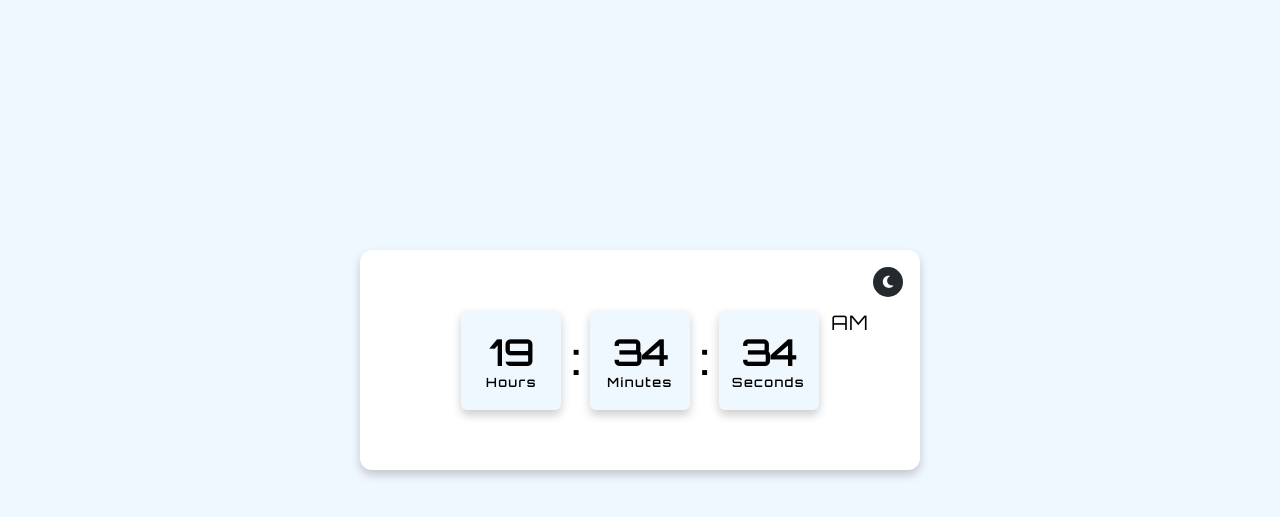
Repository: HueVu99/ComPonents
Page: Dynamic Digital Clock/index.html
An editor plug-in stored every save of this project. The page is shown before and after the next save, followed by the edit.
The browser window is 1280 px wide. The pictures show the whole page.
Some web libraries are served in a nearby version.

Above is the page before, as saved 2022-07-08 20:03:53.

### Dynamic Digital Clock/index.html
<!DOCTYPE html>
<html lang="en">
<head>
    <meta charset="UTF-8">
    <meta http-equiv="X-UA-Compatible" content="IE=edge">
    <meta name="viewport" content="width=device-width, initial-scale=1.0">
    <title>Document</title>
    <link rel="stylesheet" href="style.css">
    <link rel="stylesheet" href="https://cdnjs.cloudflare.com/ajax/libs/font-awesome/6.1.1/css/all.min.css">
</head>
<body>
    <section>
        <div class="container">
            <div class="icons">
                <i class="fas fa-moon"></i>
                <i class="fas fa-sun"></i>
            </div>
            <div class="time">
              <div class="time-colon">
                <div class="time-text">
                    <span class="num hour_num"> 08</span>
                    <span class="text">Hours</span>
                </div>
                <span class="colon">:</span>
               </div>
            <div class="time-colon">
                <div class="time-text">
                    <span class="num min_num"> 08</span>
                    <span class="text">Minutes</span>
                </div>
                <span class="colon">:</span>
            </div>
            <div class="time-colon">
                <div class="time-text">
                    <span class="num sec_num"> 06</span>
                    <span class="text">Seconds</span>
                </div>
                <span class="am_pm">AM</span>
                 </div>
            </div>
        </div>
    </section>
    <script src="main.js"></script>
</body>
</html>

### Dynamic Digital Clock/style.css
@import url('https://fonts.googleapis.com/css2?family=Orbitron&family=Poppins:wght@200&display=swap');
*{
    margin: 0;
    padding: 0;
    box-sizing:border-box;
    font-family:"Orbitron",sans-serif;
    transition:  all 0.4 ease;
}
section{
    min-height: 100vh;
    width: 100%;
    display: flex;
    align-items: center;
    justify-content: center;
    background: #F0F8FF;
}
section.dark{
    background: #24292D;
}
section .container{
    display: flex;
    align-items: center;
    justify-content: center;
    height: 220px;
    max-width: 560px;
    width: 100%;
    background: #fff;
    box-shadow: 0 5px 10px rgba(0 , 0 , 0, 0.2);
    border-radius: 12px;
    position: relative;
}
section.dark .container{
    background: #323840;
}
section .container .icons i{
    position: absolute;
    right: 17px;
    top: 17px;
    height: 30px;
    width: 30px;
    background: #24292D;
    color: #fff;
    text-align:center;
    line-height: 30px;
    border-radius: 50%;
    font-size: 14px;
    cursor: pointer;
}
section.dark .container .icons i{
    background: #fff;
    color: #323840;
}
section .container .icons i.fa-sun{
    opacity: 0;
    pointer-events: none;
}
section.dark .container .icons i.fa-sun{
    opacity: 0;
    pointer-events: auto;
    font-size: 16px;
}
section .container .time{
    display: flex;
    align-items: center;
}
.container .time .time-colon{
    display: flex;
    align-items: center;
    position: relative;
}
.time .time-colon .am_pm{
    position: absolute;
    top: 0;
    right: -50px;
    font-size: 20px;
    font-weight: 700px;
    letter-spacing: 1px;
}
section.dark .time .time-colon .am_pm{
    color: #fff;
}
.time .time-colon .time-text{
    width: 100px;
    height: 100px;
    display: flex;
    align-items: center;
    flex-direction: column;
    justify-content: center;
    background: #F0F8FF;
    border-radius: 6px;
    box-shadow: 0 5px 10px rgba(0 , 0, 0, 0.2);
}
section.dark .time .time-colon .time-text{
    background: #24292D;
}
.time .time-colon .time-text,
.time .time-colon .colon{
    font-size:35px;
    font-weight: 600;
}
section.dark .time .time-text,
section.dark .time .colon{
color:#fff
}
.time .time-colon .colon{
    font-size: 40px;
    margin: 0 10px;
}

.time .time-colon .time-text .text{
    font-size: 12px;
    font-weight: 700;
    letter-spacing: 2px;
}
section.dark.time .time-colon .text{
    color:#fff
}

### Dynamic Digital Clock/main.js
let section = document.querySelector("section");
let icons = document.querySelector(".icons");

icons.onclick =() =>{
    section.classList.toggle("dark");
}
setInterval(()=>{

   let date = new Date() ,
   hour = date.getHours();
   min = date.getMinutes();
   sec = date.getSeconds();
   console.log("~ hour", sec)
   document.querySelector(".hour_num").innerText = hour;
   document.querySelector(".min_num").innerText = min;
   document.querySelector(".sec_num").innerText = min;
},1000)

After the next save:
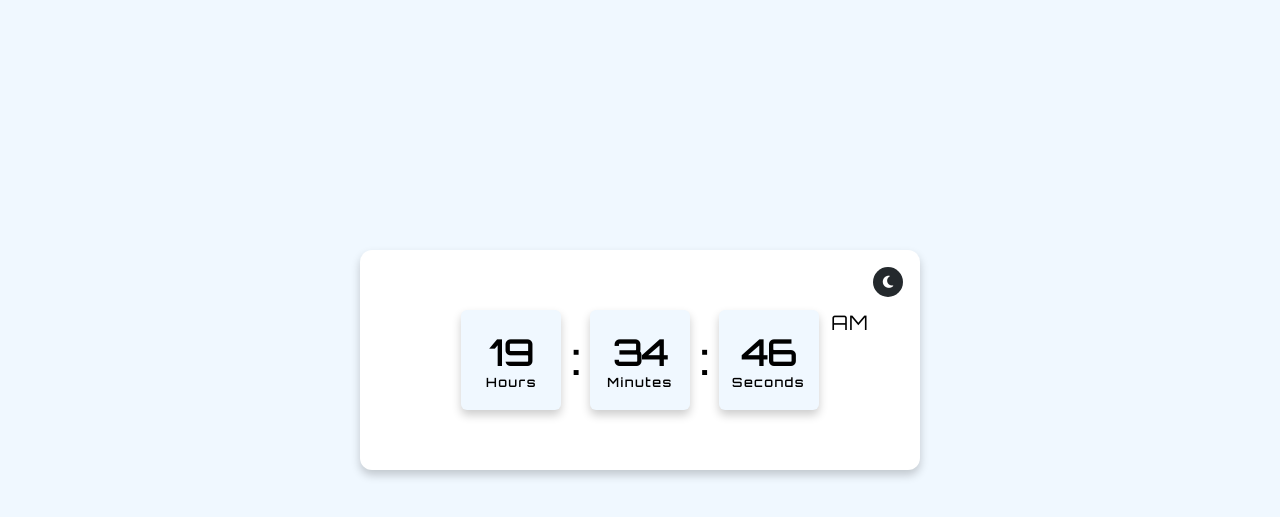
Saved 4 s later.
--- a/Dynamic Digital Clock/main.js
+++ b/Dynamic Digital Clock/main.js
@@ -13,5 +13,5 @@ setInterval(()=>{
    console.log("~ hour", sec)
    document.querySelector(".hour_num").innerText = hour;
    document.querySelector(".min_num").innerText = min;
-   document.querySelector(".sec_num").innerText = min;
+   document.querySelector(".sec_num").innerText = sec;
 },1000)
